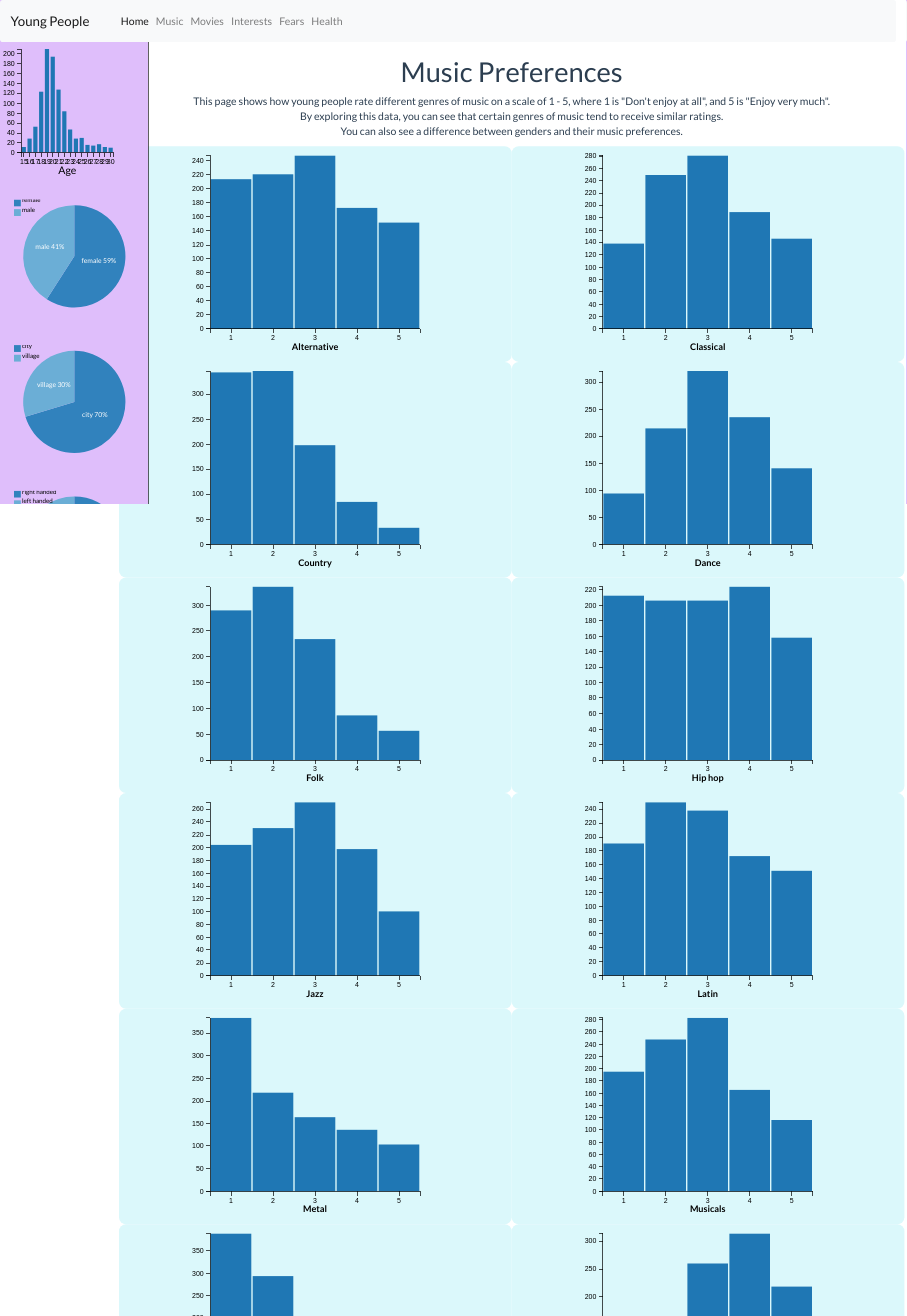
Repository: BrendanMolloy/milestone2
Page: music.html
The author's editor kept a record of every edit. The page is drawn from the files as they stood at one moment, then again after the next edit.
The browser window is 1280 px wide. The page is 1295 px wide, so the pictures cover 1295 px, including what lies to the right of the window. The pictures show the part of the page from y = 0 to 1880 px (the page is 2674 px tall), at 70% of full size.

Above is the page before.

After the next edit:
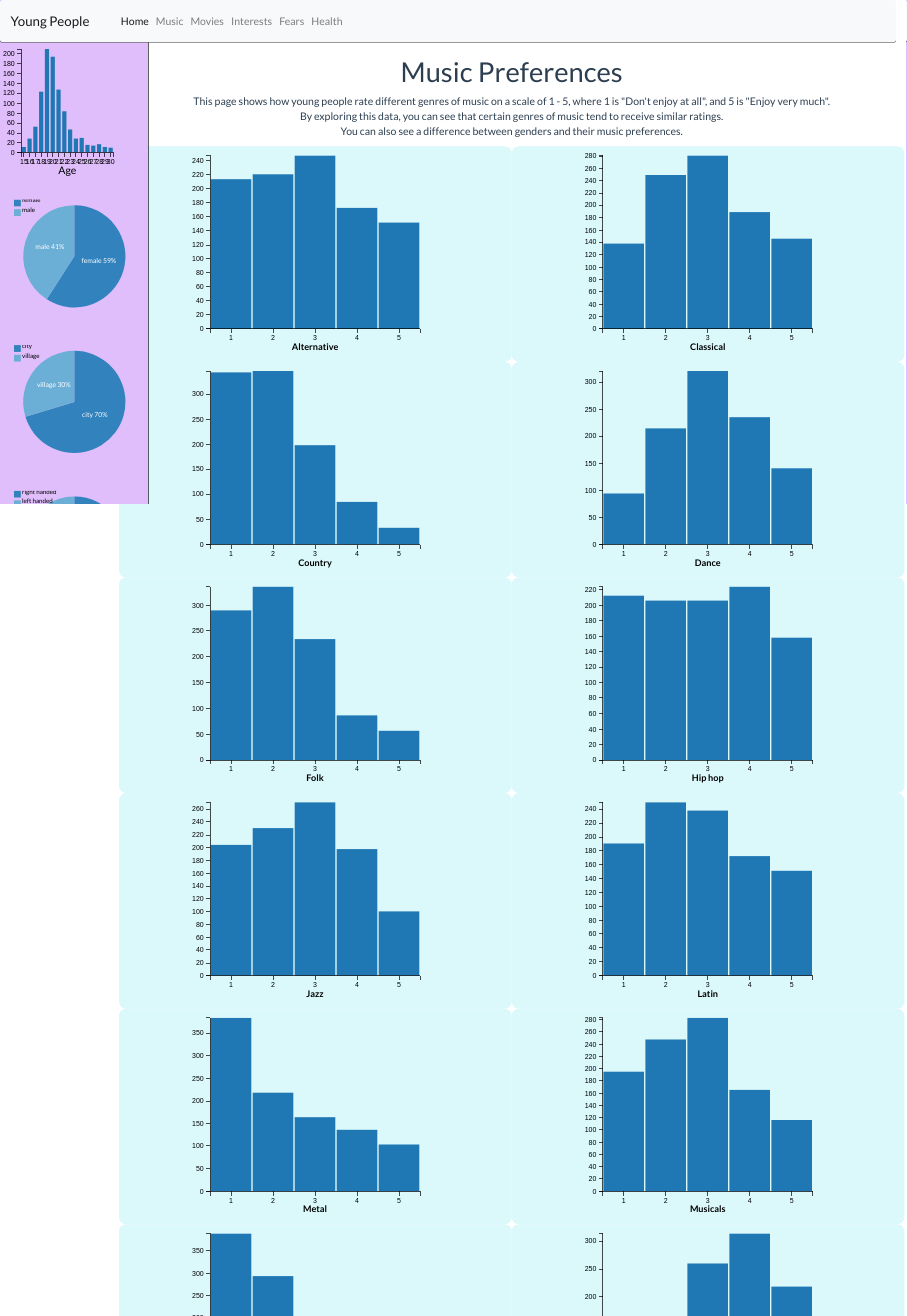
The edit:
--- a/css/style.css
+++ b/css/style.css
@@ -13,6 +13,7 @@
   position: fixed;
   z-index: 2;
   padding: 0;
+  border-bottom: 1px solid #000;
 }
 
 
